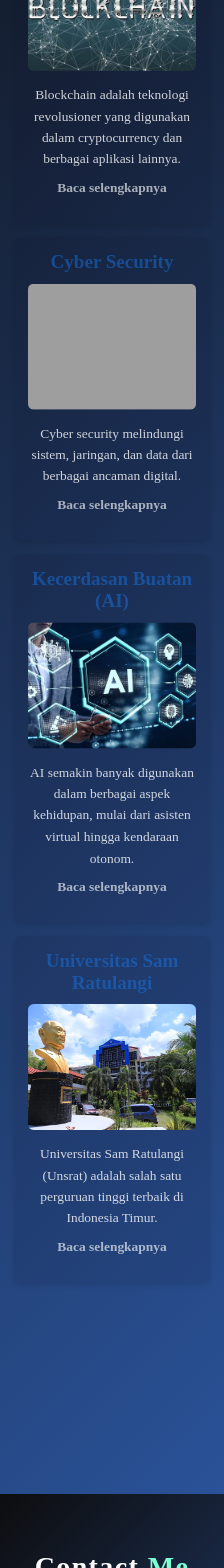
Repository: RalfyBawinto/TIK2032-Project
Page: index.html
These files come from the project's save history. The page is drawn as it stood at one moment and after the next save; the edit follows.
The browser window is 320 px wide. The pictures show the part of the page from y = 3465 to 5705 px (the page is 6517 px tall before and 5957 px after), at 70% of full size.
Pictures or frames that could not be fetched are drawn as grey boxes. Some web fonts or font styles are not loaded; a fallback is used.

Above is the page before, as saved 2025-04-21 12:59:52.

### index.html
<!DOCTYPE html>
<html lang="en">
  <head>
    <meta charset="UTF-8" />
    <meta name="viewport" content="width=device-width, initial-scale=1.0" />

    <meta
      name="description"
      content="Website Portofolio Ralfy Briggith Bawinto - Mahasiswa Teknik Informatika yang fokus pada AI dan Cyber Security."
    />
    <meta name="author" content="Ralfy Bawinto" />

    <title>Ralfy Portfolio</title>
    <!-- my icon -->
    <link
      rel="shortcut icon"
      href="assets/img/my-logo-nobg-copy.png"
      type="image/x-icon"
    />
    <!-- end my icon -->

    <!-- import css -->
    <link rel="stylesheet" href="assets/css/main.css" />
    <link rel="stylesheet" href="assets/css/responsive.css" />
    <!-- end css -->
  </head>
  <body>
    <!-- header -->
    <header class="main-header">
      <div class="main-container">
        <div class="nav">
          <div class="logo">
            <a href="/index.html">RB</a>
          </div>

          <nav>
            <ul>
              <li><a href="#home">Home</a></li>
              <li><a href="#about">About</a></li>
              <li><a href="#gallery">Gallery</a></li>
              <li><a href="#articles">Articles</a></li>
              <li><a href="#contact">Contact</a></li>
            </ul>
          </nav>

          <div class="burger">
            <div class="line-1"></div>
            <div class="line-2"></div>
            <div class="line-3"></div>
          </div>
        </div>
      </div>
    </header>
    <!-- end header -->

    <!-- hero -->
    <section id="home" class="hero">
      <div class="home-text">
        <h1>
          Halo Semua 👋, saya <br /><span class="typing-text">Ralfy</span>
        </h1>
        <p>AND IM INFORMATICS ENGINEERING STUDENT</p>
      </div>

      <div class="home-img">
        <div class="img-box">
          <div class="img-item">
            <img src="assets/img/me/pp-removebg-preview.png" alt="RB" />
          </div>
        </div>
      </div>
    </section>
    <!-- end hero -->

    <!-- about -->
    <section id="about" class="reveal-on-scroll">
      <h2>About <span>Me</span></h2>
      <div>
        <img src="assets/img/me/me-remove-bg-io.png" alt="me" />
        <p>
          Nama saya <strong>Ralfy Briggith Bawinto</strong>, mahasiswa semester
          4 program studi Teknik Informatika di Universitas Sam Ratulangi,
          angkatan 2023. Saya berasal dari Kabupaten Talaud (<i>ana'u taroda</i
          >), Sulawesi Utara. Saya memiliki ketertarikan yang mendalam terhadap
          teknologi, terutama perkembangan dalam bidang Artificial Intelligence
          (AI) dan Cyber Security. Dengan semangat belajar yang tinggi, saya
          berharap dapat menjadi seorang problem solver di dunia pemrograman.
        </p>
      </div>
    </section>
    <!-- end about -->

    <!-- gallery -->
    <section id="gallery" class="reveal-on-scroll">
      <h2>Gallery</h2>
      <div class="gallery-item">
        <img
          src="assets/img/gallery/alan turing.jpeg"
          loading="lazy"
          alt="Alan Turing"
          onclick="showModal('Alan Turing', 'Bapak Ilmu Komputer dan Kecerdasan Buatan. Dia menciptakan Mesin Turing dan memecahkan kode Enigma dalam Perang Dunia II.')"
        />
        <img
          src="assets/img/gallery/grace hooper.webp"
          loading="lazy"
          alt="Grace Hopper"
          onclick="showModal('Grace Hopper', 'Seorang ilmuwan komputer dan laksamana Angkatan Laut AS yang berkontribusi dalam pengembangan COBOL.')"
        />
        <img
          src="assets/img/gallery/Tim-Berners-Lee-.jpg"
          loading="lazy"
          alt="Tim Berners-Lee"
          onclick="showModal('Tim Berners-Lee', 'Penemu World Wide Web yang memungkinkan akses informasi secara global.')"
        />
        <img
          src="assets/img/gallery/Vint Cerf & Bob Kahn.jpg"
          loading="lazy"
          alt="Vint Cerf & Bob Kahn"
          onclick="showModal('Vint Cerf & Bob Kahn', 'Dikenal sebagai Bapak Internet karena mengembangkan protokol TCP/IP.')"
        />
        <img
          src="assets/img/gallery/linustrovalds.jpg"
          loading="lazy"
          alt="Linus Torvalds"
          onclick="showModal('Linus Torvalds', 'Pencipta kernel Linux yang menjadi dasar dari berbagai sistem operasi.')"
        />
        <img
          src="assets/img/gallery/Geoffrey Hinton.jpg"
          loading="lazy"
          alt="Geoffrey Hinton"
          onclick="showModal('Geoffrey Hinton', 'Pelopor dalam deep learning dan jaringan saraf tiruan.')"
        />
      </div>
    </section>
    <!-- end gallery -->

    <!-- articles -->
    <section id="articles" class="reveal-on-scroll">
      <h2>Articles</h2>
      <div class="article-item">
        <article>
          <h3>E-sport</h3>
          <img
            src="assets/img/articles/e-sport.jpg"
            loading="lazy"
            alt="E-sport"
          />
          <p>
            E-sport adalah kompetisi permainan video yang berkembang pesat dan
            menjadi industri besar dengan basis penggemar global. <br />
            <a
              href="https://blog.maukuliah.id/pengertian-e-sport/"
              target="_blank"
              >Baca selengkapnya</a
            >
          </p>
        </article>

        <article>
          <h3>Blockchain</h3>
          <img
            src="assets/img/articles/blockchain.jpg"
            loading="lazy"
            alt="Blockchain"
          />
          <p>
            Blockchain adalah teknologi revolusioner yang digunakan dalam
            cryptocurrency dan berbagai aplikasi lainnya. <br />
            <a
              href="https://bif.telkomuniversity.ac.id/apa-itu-blockchain-mengungkap-teknologi-revolusioner-di-era-digital/"
              target="_blank"
              >Baca selengkapnya</a
            >
          </p>
        </article>

        <article>
          <h3>Cyber Security</h3>
          <img
            src="assets/img/articles/cyber security.jpeg"
            loading="lazy"
            alt="Cyber Security"
          />
          <p>
            Cyber security melindungi sistem, jaringan, dan data dari berbagai
            ancaman digital. <br />
            <a
              href="https://www.dicoding.com/blog/cyber-security-pengertian-jenis-dan-ancamannya/"
              target="_blank"
              >Baca selengkapnya</a
            >
          </p>
        </article>

        <article>
          <h3>Kecerdasan Buatan (AI)</h3>
          <img
            src="assets/img/articles/ai.png"
            loading="lazy"
            alt="Artificial Intelligence"
          />
          <p>
            AI semakin banyak digunakan dalam berbagai aspek kehidupan, mulai
            dari asisten virtual hingga kendaraan otonom. <br />
            <a
              href="https://portalpublikasi.id/2023/05/13/perkembangan-teknologi-kecerdasan-buatan-artificial-intelligence-atau-ai/"
              target="_blank"
              >Baca selengkapnya</a
            >
          </p>
        </article>

        <article>
          <h3>Universitas Sam Ratulangi</h3>
          <img
            src="assets/img/articles/unsrat.jpg"
            loading="lazy"
            alt="Universitas Sam Ratulangi"
          />
          <p>
            Universitas Sam Ratulangi (Unsrat) adalah salah satu perguruan
            tinggi terbaik di Indonesia Timur. <br />
            <a
              href="https://www.unsrat.ac.id/profil-unversitas/"
              target="_blank"
              >Baca selengkapnya</a
            >
          </p>
        </article>
      </div>
    </section>

    <!-- unutk menampilkan deskripsi dari image -->
    <div id="modal" class="modal">
      <div class="modal-content">
        <span class="close" onclick="closeModal()">&times;</span>
        <h3 id="modal-title"></h3>
        <p id="modal-text"></p>
      </div>
    </div>
    <!-- end articles -->

    <!-- contact -->
    <section id="contact" class="reveal-on-scroll">
      <h2>Contact <span>Me</span></h2>
      <div class="contact main-container">
        <div class="contact-left"></div>
        <form
          class="contact-form"
          action="https://formspree.io/f/meoajpkz"
          method="POST"
        >
          <div class="input-wrapper">
            <input type="text" name="name" id="name" placeholder=" " required />
            <label for="name">Name</label>
          </div>

          <div class="input-wrapper">
            <input
              type="email"
              name="email"
              id="email"
              placeholder=" "
              required
            />
            <label for="email">Email</label>
          </div>

          <div class="input-wrapper">
            <textarea
              name="message"
              id="message"
              placeholder=" "
              required
            ></textarea>
            <label for="message">Message</label>
          </div>

          <div>
            <button class="btn-submit">Send message</button>
          </div>
        </form>

        <div class="contact-right">
          <div class="contact-item">
            <div class="contact-item-icon">
              <svg
                width="24"
                height="24"
                xmlns="http://www.w3.org/2000/svg"
                fill-rule="evenodd"
                clip-rule="evenodd"
              >
                <path
                  d="M8.26 1.289l-1.564.772c-5.793 3.02 2.798 20.944 9.31 20.944.46 0 .904-.094 1.317-.284l1.542-.755-2.898-5.594-1.54.754c-.181.087-.384.134-.597.134-2.561 0-6.841-8.204-4.241-9.596l1.546-.763-2.875-5.612zm7.746 22.711c-5.68 0-12.221-11.114-12.221-17.832 0-2.419.833-4.146 2.457-4.992l2.382-1.176 3.857 7.347-2.437 1.201c-1.439.772 2.409 8.424 3.956 7.68l2.399-1.179 3.816 7.36s-2.36 1.162-2.476 1.215c-.547.251-1.129.376-1.733.376"
                />
              </svg>
            </div>
            <div class="contact-item-text">
              <h4>Phone</h4>
              <p>(+62) 822 5917 8622</p>
            </div>
          </div>

          <div class="contact-item">
            <div class="contact-item-icon">
              <svg
                width="24"
                height="24"
                xmlns="http://www.w3.org/2000/svg"
                fill-rule="evenodd"
                clip-rule="evenodd"
              >
                <path
                  d="M24 21h-24v-18h24v18zm-23-16.477v15.477h22v-15.477l-10.999 10-11.001-10zm21.089-.523h-20.176l10.088 9.171 10.088-9.171z"
                />
              </svg>
            </div>
            <div class="contact-item-text">
              <h4>Email</h4>
              <p>ralfybriggithbawinto@gmail.com</p>
            </div>
          </div>

          <div class="contact-item">
            <div class="contact-item-icon">
              <svg
                width="24"
                height="24"
                xmlns="http://www.w3.org/2000/svg"
                fill-rule="evenodd"
                clip-rule="evenodd"
              >
                <path
                  d="M12 10c-1.104 0-2-.896-2-2s.896-2 2-2 2 .896 2 2-.896 2-2 2m0-5c-1.657 0-3 1.343-3 3s1.343 3 3 3 3-1.343 3-3-1.343-3-3-3m-7 2.602c0-3.517 3.271-6.602 7-6.602s7 3.085 7 6.602c0 3.455-2.563 7.543-7 14.527-4.489-7.073-7-11.072-7-14.527m7-7.602c-4.198 0-8 3.403-8 7.602 0 4.198 3.469 9.21 8 16.398 4.531-7.188 8-12.2 8-16.398 0-4.199-3.801-7.602-8-7.602"
                />
              </svg>
            </div>
            <div class="contact-item-text">
              <h4>Location</h4>
              <p>Manado, Sulawesi Utara</p>
            </div>
          </div>
        </div>
      </div>
    </section>
    <!-- end contact -->

    <!-- footer -->
    <footer class="reveal-on-scroll">
      <div class="footer-icons">
        <a
          href="https://www.instagram.com/briggithbawinto_"
          class="icon"
          target="_blank"
        >
          <svg
            xmlns="http://www.w3.org/2000/svg"
            width="24"
            height="24"
            viewBox="0 0 24 24"
          >
            <path
              d="M12 2.163c3.204 0 3.584.012 4.85.07 3.252.148 4.771 1.691 4.919 4.919.058 1.265.069 1.645.069 4.849 0 3.205-.012 3.584-.069 4.849-.149 3.225-1.664 4.771-4.919 4.919-1.266.058-1.644.07-4.85.07-3.204 0-3.584-.012-4.849-.07-3.26-.149-4.771-1.699-4.919-4.92-.058-1.265-.07-1.644-.07-4.849 0-3.204.013-3.583.07-4.849.149-3.227 1.664-4.771 4.919-4.919 1.266-.057 1.645-.069 4.849-.069zm0-2.163c-3.259 0-3.667.014-4.947.072-4.358.2-6.78 2.618-6.98 6.98-.059 1.281-.073 1.689-.073 4.948 0 3.259.014 3.668.072 4.948.2 4.358 2.618 6.78 6.98 6.98 1.281.058 1.689.072 4.948.072 3.259 0 3.668-.014 4.948-.072 4.354-.2 6.782-2.618 6.979-6.98.059-1.28.073-1.689.073-4.948 0-3.259-.014-3.667-.072-4.947-.196-4.354-2.617-6.78-6.979-6.98-1.281-.059-1.69-.073-4.949-.073zm0 5.838c-3.403 0-6.162 2.759-6.162 6.162s2.759 6.163 6.162 6.163 6.162-2.759 6.162-6.163c0-3.403-2.759-6.162-6.162-6.162zm0 10.162c-2.209 0-4-1.79-4-4 0-2.209 1.791-4 4-4s4 1.791 4 4c0 2.21-1.791 4-4 4zm6.406-11.845c-.796 0-1.441.645-1.441 1.44s.645 1.44 1.441 1.44c.795 0 1.439-.645 1.439-1.44s-.644-1.44-1.439-1.44z"
            />
          </svg>
        </a>
        <a
          href="https://www.facebook.com/BawintoRalfy"
          class="icon"
          target="_blank"
        >
          <svg
            xmlns="http://www.w3.org/2000/svg"
            width="24"
            height="24"
            viewBox="0 0 24 24"
          >
            <path
              d="M9 8h-3v4h3v12h5v-12h3.642l.358-4h-4v-1.667c0-.955.192-1.333 1.115-1.333h2.885v-5h-3.808c-3.596 0-5.192 1.583-5.192 4.615v3.385z"
            />
          </svg>
        </a>
        <a
          href="https://www.youtube.com/@briggithbawinto9594"
          class="icon"
          target="_blank"
        >
          <svg
            xmlns="http://www.w3.org/2000/svg"
            width="24"
            height="24"
            viewBox="0 0 24 24"
          >
            <path
              d="M19.615 3.184c-3.604-.246-11.631-.245-15.23 0-3.897.266-4.356 2.62-4.385 8.816.029 6.185.484 8.549 4.385 8.816 3.6.245 11.626.246 15.23 0 3.897-.266 4.356-2.62 4.385-8.816-.029-6.185-.484-8.549-4.385-8.816zm-10.615 12.816v-8l8 3.993-8 4.007z"
            />
          </svg>
        </a>
        <a
          href="https://www.github.com/RalfyBawinto"
          class="icon"
          target="_blank"
        >
          <svg
            xmlns="http://www.w3.org/2000/svg"
            width="24"
            height="24"
            viewBox="0 0 24 24"
          >
            <path
              d="M12 0c-6.626 0-12 5.373-12 12 0 5.302 3.438 9.8 8.207 11.387.599.111.793-.261.793-.577v-2.234c-3.338.726-4.033-1.416-4.033-1.416-.546-1.387-1.333-1.756-1.333-1.756-1.089-.745.083-.729.083-.729 1.205.084 1.839 1.237 1.839 1.237 1.07 1.834 2.807 1.304 3.492.997.107-.775.418-1.305.762-1.604-2.665-.305-5.467-1.334-5.467-5.931 0-1.311.469-2.381 1.236-3.221-.124-.303-.535-1.524.117-3.176 0 0 1.008-.322 3.301 1.23.957-.266 1.983-.399 3.003-.404 1.02.005 2.047.138 3.006.404 2.291-1.552 3.297-1.23 3.297-1.23.653 1.653.242 2.874.118 3.176.77.84 1.235 1.911 1.235 3.221 0 4.609-2.807 5.624-5.479 5.921.43.372.823 1.102.823 2.222v3.293c0 .319.192.694.801.576 4.765-1.589 8.199-6.086 8.199-11.386 0-6.627-5.373-12-12-12z"
            />
          </svg>
        </a>
      </div>
      <small>© 2025 Ralfy Bawinto. All rights reserved.</small>
    </footer>
    <!-- end footer -->

    <!-- import script -->
    <script src="assets/js/brain.js"></script>
    <!-- end script -->
  </body>
</html>

### assets/css/responsive.css
@media screen and (max-width: 768px) {
  #home {
    display: flex;
    flex-direction: column-reverse; /* Memindahkan gambar ke atas, teks ke bawah */
    align-items: center;
    text-align: center;
    gap: 10px;
  }

  .home-text {
    width: 90%;
    padding: 10px;
  }

  .home-img {
    display: flex;
    justify-content: center;
    align-items: center;
    width: 100%;
  }

  .home-img .img-box {
    width: 200px; /* Ukuran gambar lebih besar */
    height: 200px;
  }

  .home-text h1 {
    font-size: 2rem;
  }

  .typing-text {
    font-size: 5rem;
  }

  .home-text p {
    font-size: 1rem;
  }

  .main-header nav ul {
    display: none;
    flex-direction: column;
    position: absolute;
    top: 60px; /* Di bawah header */
    left: 0;
    width: 100%;
    background: rgba(0, 0, 0, 0.3);
    padding: 20px 0;
    text-align: center;
  }

  .main-header nav ul li {
    padding: 10px 0;
  }

  #articles {
    height: 170vh;
  }

  #contact {
    height: 110vh;
  }

  .contact {
    flex-direction: column;
    padding: 20px;
  }

  /* Menu muncul ketika burger diklik */
  .nav ul.active {
    display: flex;
  }

  /* Tampilkan burger di layar kecil */
  .burger {
    display: flex;
  }

  /* Penyesuaian tampilan teks dan gambar */
  .home-text {
    flex-direction: column;
    text-align: center;
  }
  .footer-icons .icon {
    animation: bounce 1s ease-in-out infinite;
  }

  .footer-icons .icon:nth-child(1) {
    animation-delay: 0s;
  }

  .footer-icons .icon:nth-child(2) {
    animation-delay: 0.2s;
  }

  .footer-icons .icon:nth-child(3) {
    animation-delay: 0.4s;
  }

  .footer-icons .icon:nth-child(4) {
    animation-delay: 0.6s;
  }
}

/* Di luar responsive, nonaktifkan animasinya */
@media screen and (min-width: 769px) {
  .footer-icons .icon {
    animation: none !important;
  }
}

@media screen and (max-width: 480px) {
  #home {
    display: flex;
    flex-direction: column-reverse;
    align-items: center;
    text-align: center;
    gap: 10px; /* Mengurangi jarak antara gambar dan teks */
  }

  .home-img {
    display: flex;
    justify-content: center;
    align-items: center;
    width: 100%;
    margin-bottom: 20px; /* Mengurangi jarak bawah gambar */
  }

  .home-img .img-box {
    width: 170px;
    height: 170px;
  }

  .home-text {
    width: 90%;
    padding: 10px;
    margin-top: -10px; /* Mengurangi jarak atas teks */
  }

  .home-text h1 {
    font-size: 1.3rem;
  }

  .typing-text {
    font-size: 2.5rem;
  }

  .home-text p {
    font-size: 0.8rem;
  }

  #articles {
    height: 260vh;
  }

  #contact {
    height: 110vh;
  }
}

@media screen and (max-width: 417px) {
  #gallery {
    height: 100vh;
  }

  #articles {
    height: 290vh;
  }
}

@media screen and (max-width: 360px) {
  .home-img .img-box {
    width: 140px;
    height: 140px;
    position: center;
  }

  .home-text {
    padding: 10px;
  }

  .home-text h1 {
    font-size: 1.1rem;
  }

  .typing-text {
    padding: 10px;
  }

  .home-text p {
    font-size: 0.8rem;
  }

  #about {
    height: 130vh;
  }

  #gallery {
    height: 100vh;
  }

  #articles {
    height: 370vh;
  }

  #contact {
    height: 120vh;
  }

  .img-box {
    width: 120px;
    height: 120px;
  }
}

@media screen and (max-width: 320px) {
  #home {
    background-size: cover;
    background-position: center;
    height: 100vh;
  }

  .home-img {
    margin-bottom: 10px; /* Mengurangi jarak bawah gambar */
  }

  .home-img .img-box {
    width: 120px;
    height: 120px;
  }

  .home-text {
    padding: 10px;
    margin-top: -10px; /* Mengurangi jarak antara teks dan gambar */
  }

  .home-text h1 {
    font-size: 1rem;
  }

  .home-text p {
    font-size: 0.75rem;
  }

  #about {
    height: 120vh;
  }

  #gallery {
    height: 110vh;
  }

  /* #articles {
    height: 300vh;
  } */

  #contact {
    height: 100vh;
  }
}

Loaded but not shown: assets/js/brain.js (75 lines, source omitted); assets/css/main.css (905 lines, source omitted)

After the next save:
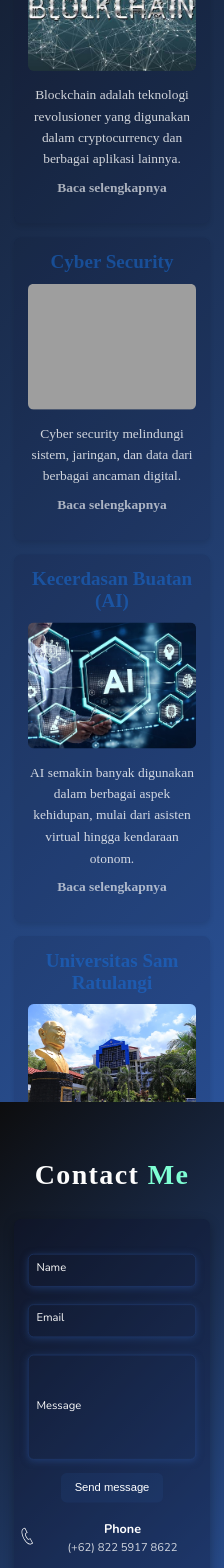
Saved 34 s later.
--- a/assets/css/responsive.css
+++ b/assets/css/responsive.css
@@ -249,11 +249,11 @@
     height: 110vh;
   }
 
-  /* #articles {
+  #articles {
     height: 300vh;
-  } */
-
-  #contact {
-    height: 100vh;
-  }
-}
+  }
+
+  #contact {
+    height: 100vh;
+  }
+}
